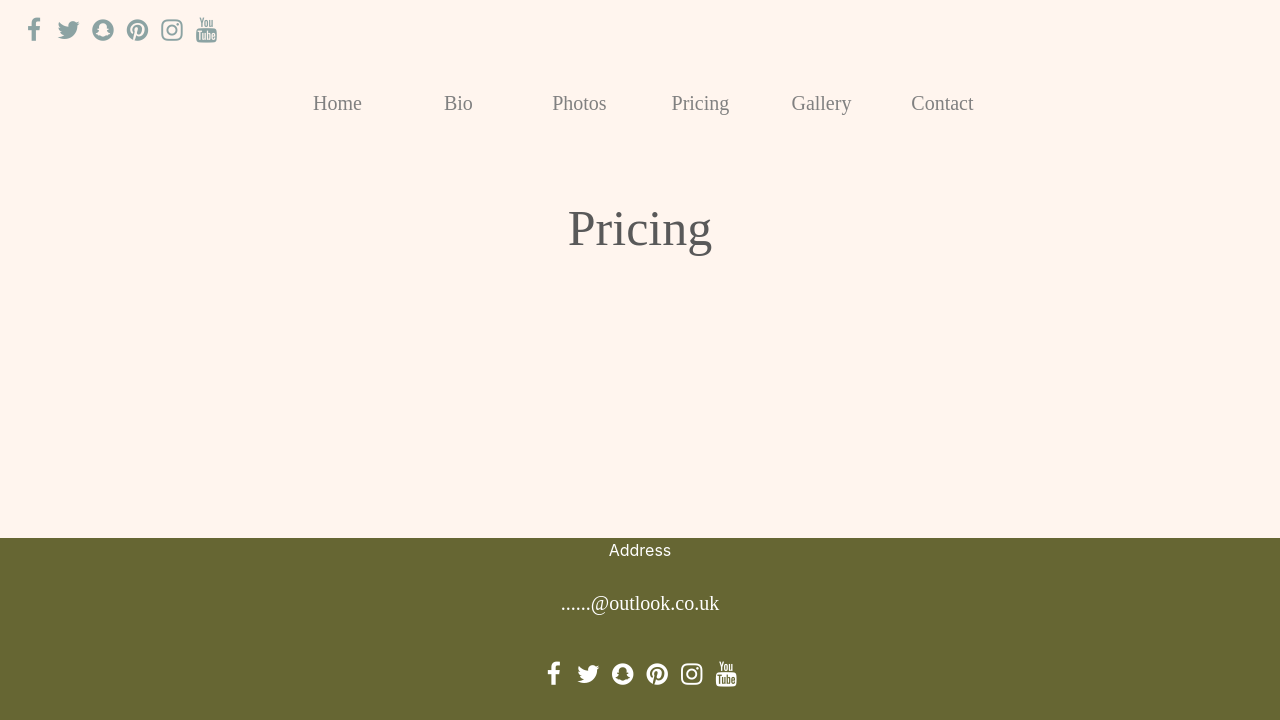
Repository: elizabeth24602/LoaderMedia
Page: pricing.html
The author's editor kept a record of every edit. The page is drawn from the files as they stood at one moment, then again after the next edit.
The browser window is 1280 px wide. The pictures show the whole page.
Some web fonts or font styles are not loaded; a fallback is used.

Above is the page before.
Console error: TypeError: Cannot read properties of null (reading 'textContent')
Not found: Assests/images/

After the next edit:
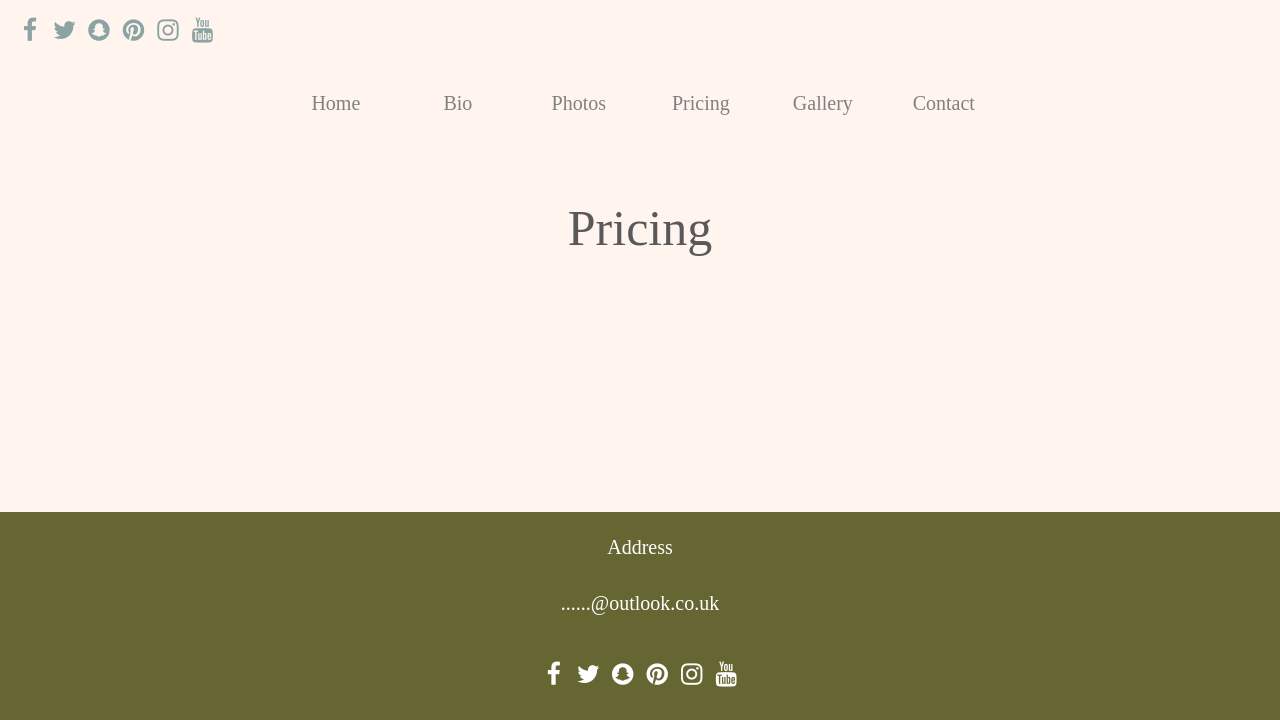
The edit:
--- a/Assests/css/style.css
+++ b/Assests/css/style.css
@@ -103,12 +103,29 @@
     min-height: 120px;
 
     position: fixed;
-   left: 0;
-   bottom: 0;
-   width: 100%;
-   text-align: center;
-}
-}
+    left: 0;
+    bottom: 0;
+    width: 100%;
+    text-align: center;
+
+/* Sticky Footer Classes */
+
+html,
+body {
+  height: 100%;
+}
+
+#page-content {
+  flex: 1 0 auto;
+}
+
+#sticky-footer {
+  flex-shrink: none;
+}
+
+/* Other Classes for Page Styling */
+
+
 
 .address {
     color: #ffffff;
